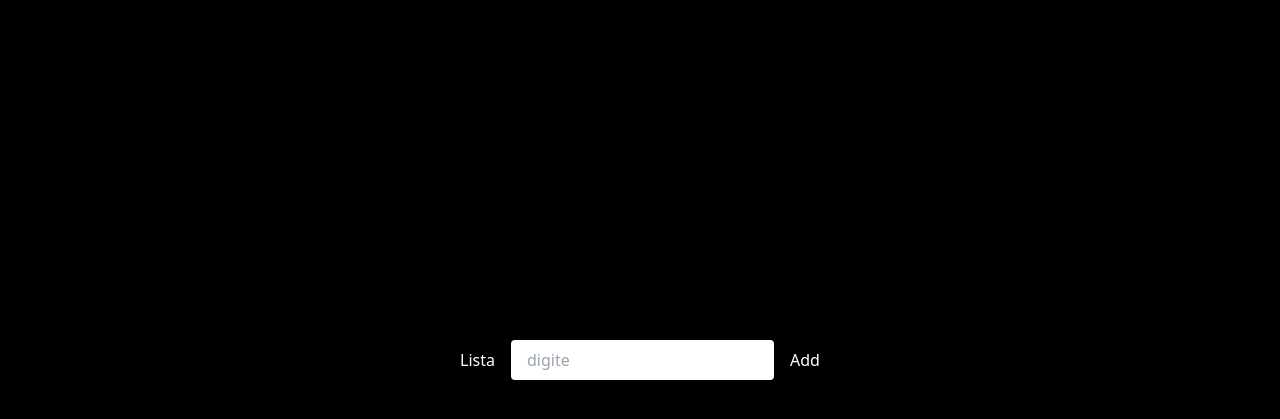
Repository: LuisSempre/FundamentosReact
Page: /
An editor plug-in stored every save of this project. The page is shown before and after the next save, followed by the edit.
The browser window is 1280 px wide. The pictures show the whole page.
The project was rebuilt for these pictures with package versions that can differ from the ones it lists, and the page was loaded fresh each time. Also part of the build but not shown: vite.config.js.

Above is the page before, as saved 2022-06-28 17:24:01.

After the next save:
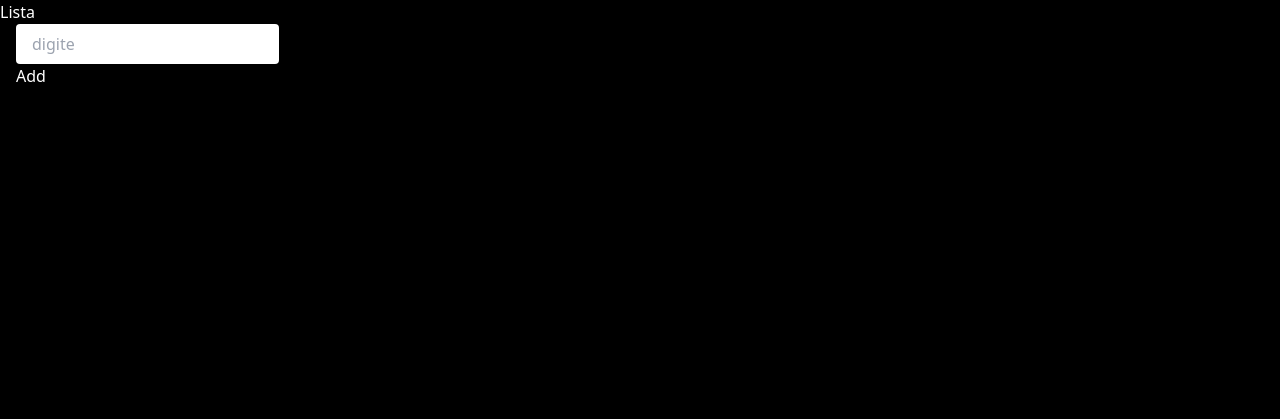
Saved 5 s later.
--- a/src/pages/Home.jsx
+++ b/src/pages/Home.jsx
@@ -1,6 +1,6 @@
 export function Home() {
   return (
-    <div className="min-h-screen bg-black flex space-x-4 items-center justify-center text-white">
+    <div className="min-h-screen bg-black space-x-4 items-center justify-center text-white">
       <div>
         <h1>Lista</h1>
       </div>
